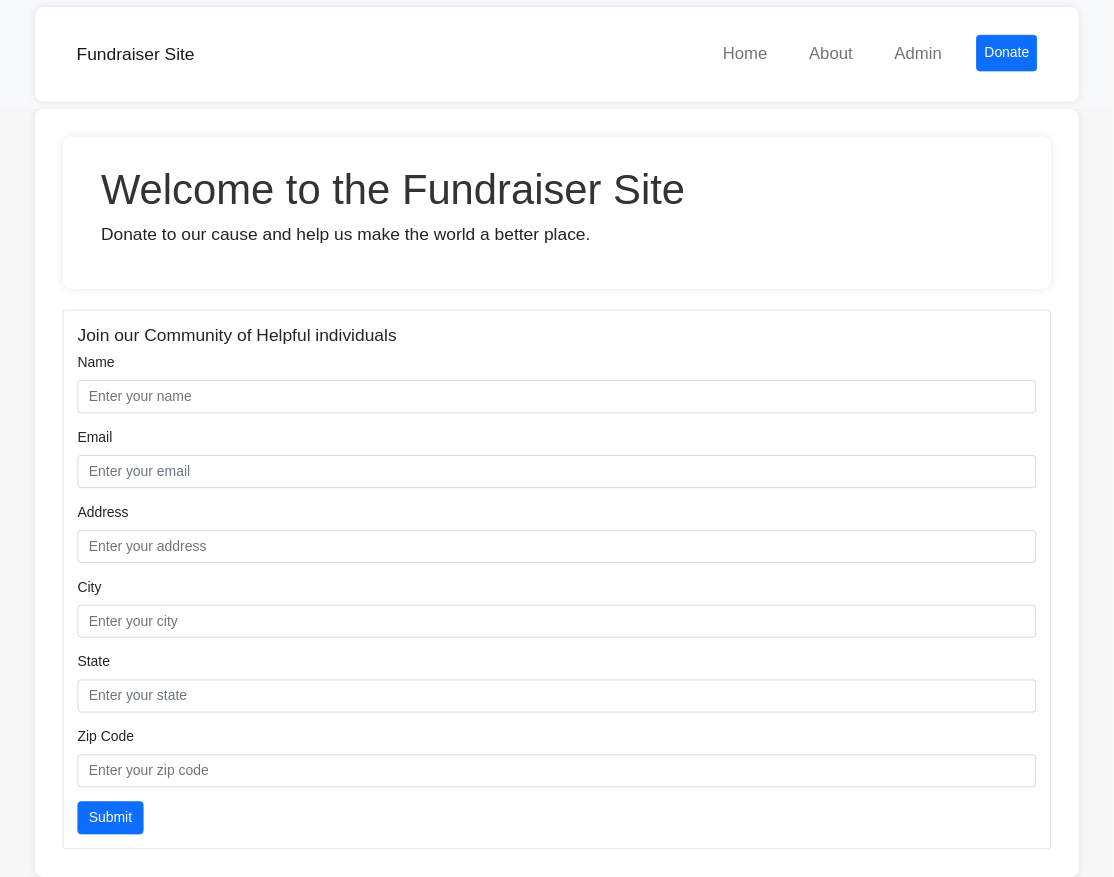
Repository: DragonFruit8/Fundraiser-Page
Page: /
An editor plug-in stored every save of this project. The page is shown before and after a run of saves, followed by the edit.
The browser window is 1280 px wide. The pictures show the whole page, at 87% of full size.
The project was rebuilt for these pictures with package versions that can differ from the ones it lists, and the page was loaded fresh each time. Also part of the build but not shown: src/pages/About.js, src/pages/Donate.js, src/pages/Admin.js.

Above is the page before, as saved 2024-07-19 13:02:24.

After the next 2 saves:
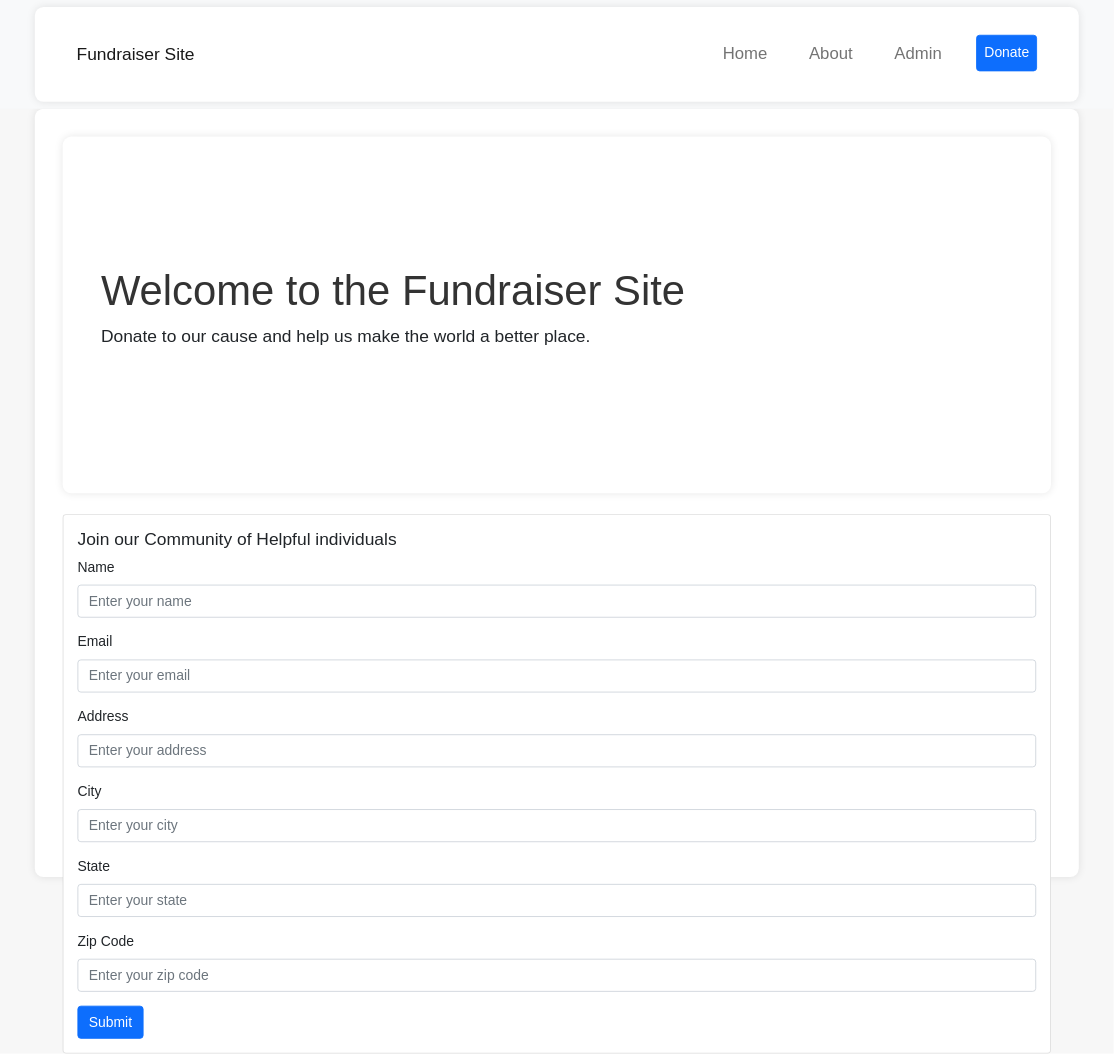
The 2 saves are shown as one change because they came seconds apart.
The last was saved 8 s later.
--- a/src/pages/HomeContainer.js
+++ b/src/pages/HomeContainer.js
@@ -32,8 +32,8 @@ const HomeContainer = () => {
 
     return (
         <section className="container">
-            <div className="col justify-content-center">
-                <div className="row-md-8">
+            <div className="row justify-content-center">
+                <div className="-md-8">
                     <div className="d-flex container row h-50 justify-content-center align-items-center">
                         <div className="col">
                             <h1 className="display-5">Welcome to the Fundraiser Site</h1>
